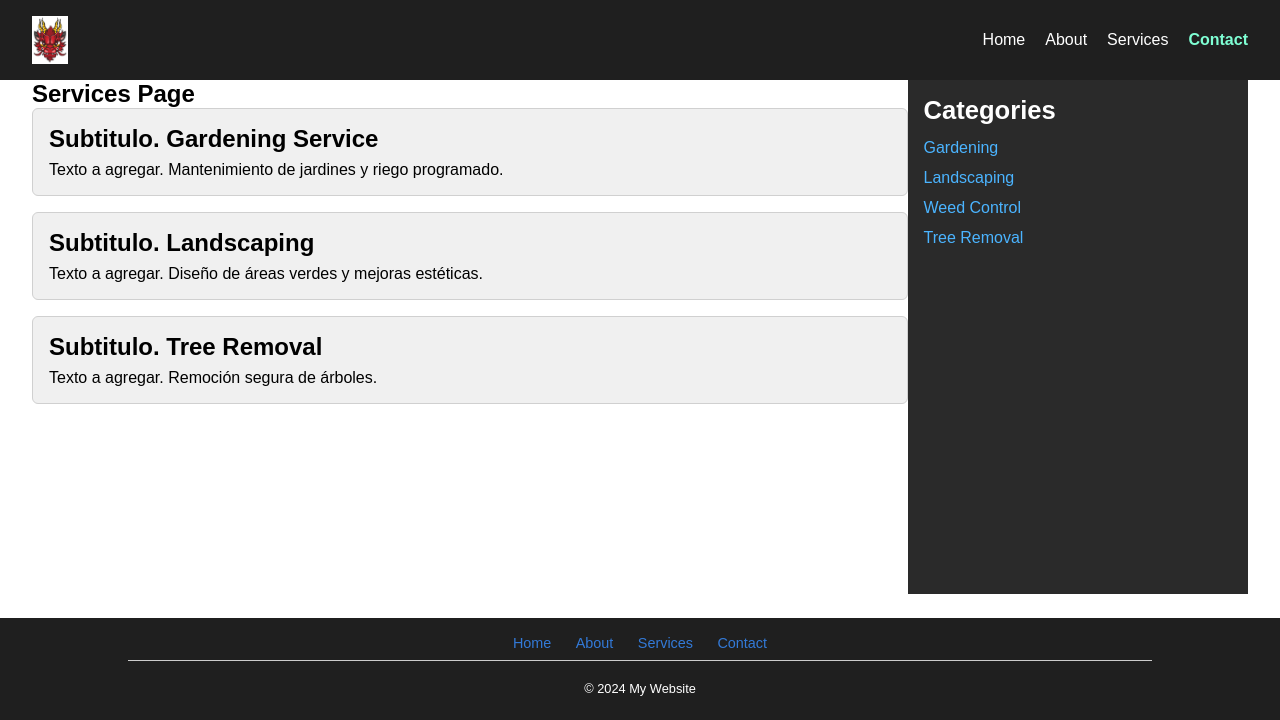
Repository: andreamm-lab/basic-navigation-example-2025-10
Page: pages/contact.html
These files come from the project's save history. The page is drawn as it stood at one moment and after the next save; the edit follows.
The browser window is 1280 px wide. The pictures show the whole page.

Above is the page before, as saved 2025-11-06 20:46:46.

After the next save:
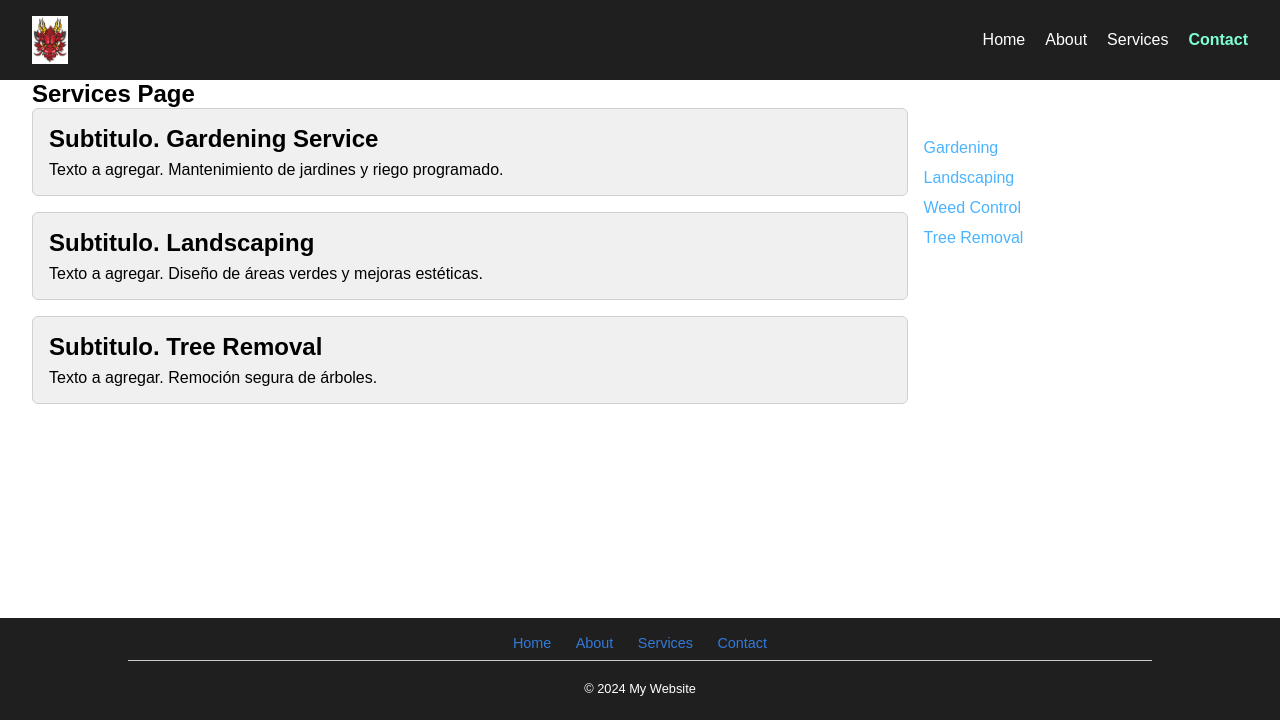
Saved 2 min 8 s later.
--- a/main.css
+++ b/main.css
@@ -1,6 +1,6 @@
 /* 1.---------------------- General ---------------------- */
 
-*  {
+* {
     Box-sizing: border-box;
     Margin: 0;
     Padding: 0;
@@ -27,8 +27,8 @@
     Min-height: 80px;
     Background-color: #1F1F1F;
     Display: flex;
-    Align-items: center;           /* centra verticalmente */
-    Justify-content: space-between; /* separa logo y menú */
+    Align-items: center;            /* centra verticalmente logo y menú */
+    Justify-content: space-between; /* separa logo a la izq y menú a la der */
 }
 
 Header nav img {
@@ -62,12 +62,12 @@
 
 Main {
     Display: block;
-    Padding: 24px 32px; /* padding general para Home */
-}
-
-/* 🔹 en la página Services (class=”page”), quitamos el padding superior */
+    Padding: 24px 32px;     /* padding general (home) */
+}
+
+/* en la página de Services (main.page) no quiero espacio arriba */
 Main.page {
-    Padding: 0 32px 24px 32px; /* top=0 para pegar al header */
+    Padding: 0 32px 24px 32px;  /* top=0, laterales 32, abajo 24 */
 }
 
 #page-title {
@@ -96,29 +96,31 @@
 
 /* Contenedor principal: contenido + aside */
 .page {
-    Display: flex;   /* coloca el contenido y aside en columnas */
-    Gap: 0;
-}
-
-/* Contenido principal */
+    Display: flex;            /* pone las dos columnas lado a lado */
+    Gap: 0;                   /* sin espacio entre contenido y aside */
+    Width: 100%;              /* que use todo el ancho */
+    Align-items: stretch;     /* 🔹 hace que ambas columnas tengan la misma altura */
+}
+
+/* Columna izquierda (contenido) */
 .main-content {
     Width: 72%;
     Vertical-align: top;
 }
 
-/* Aside Categories */
+/* Columna derecha (aside Categories) */
 .side-nav {
     Width: 28%;
-    Background-color: #2a2a2a;
+    Background-color: #2ª2a2a;
     Color: #fff;
-    Margin: 0;                /* sin espacio externo */
-    Padding: 0;               /* sin espacio interno general */
+    Margin: 0;                /* sin margen arriba, abajo ni derecha */
+    Padding: 0;               /* sin padding general */
     Border: none;             /* sin borde */
     Box-sizing: border-box;
-    Min-height: 100%;         /* ocupa todo el alto */
-}
-
-/* Título dentro del aside */
+    Flex-shrink: 0;           /* no se achica si hay poco espacio */
+}
+
+/* Título del aside */
 .side-nav h2 {
     Margin: 0;
     Padding: 16px 16px 8px;
@@ -185,7 +187,7 @@
     Font-size: 0.9rem;
 }
 
-/* Línea gris */
+/* Línea gris de separación */
 .footer-line {
     Border: none;
     Border-top: 1px solid #ccc;

After the save that followed:
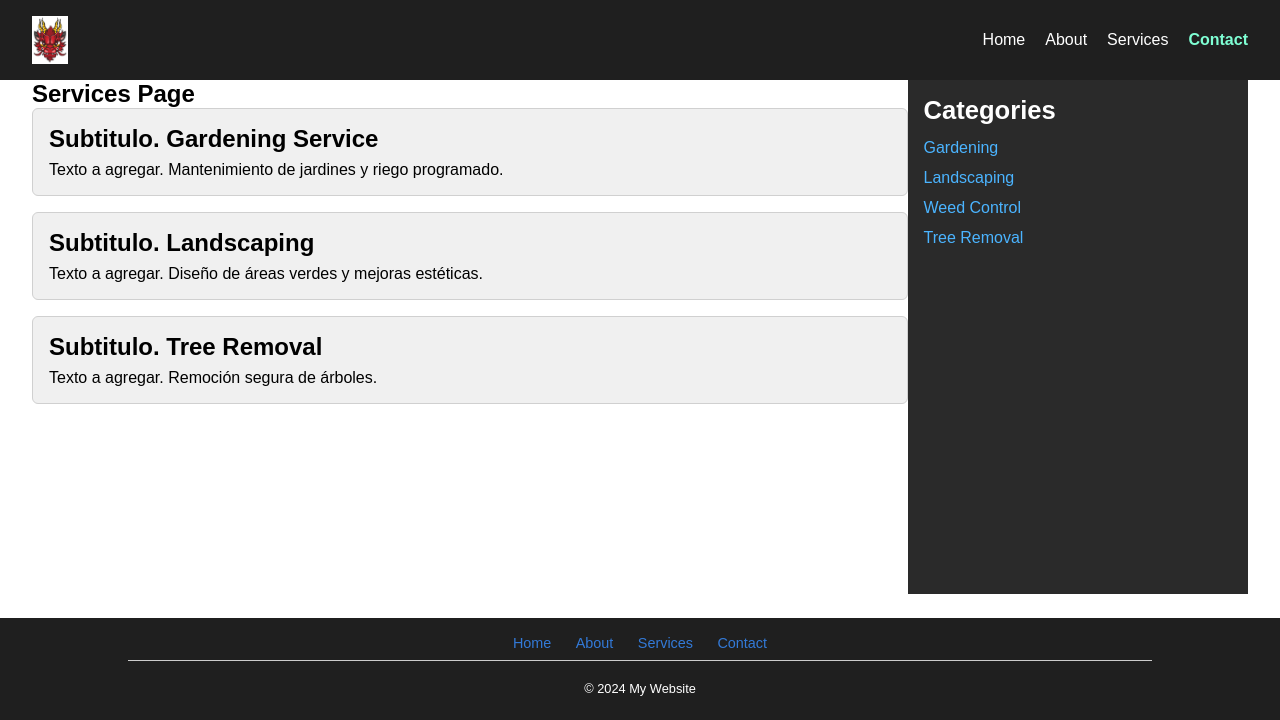
Saved 8 s later.
--- a/main.css
+++ b/main.css
@@ -1,6 +1,6 @@
 /* 1.---------------------- General ---------------------- */
 
-* {
+*  {
     Box-sizing: border-box;
     Margin: 0;
     Padding: 0;
@@ -27,8 +27,8 @@
     Min-height: 80px;
     Background-color: #1F1F1F;
     Display: flex;
-    Align-items: center;            /* centra verticalmente logo y menú */
-    Justify-content: space-between; /* separa logo a la izq y menú a la der */
+    Align-items: center;           /* centra verticalmente */
+    Justify-content: space-between; /* separa logo y menú */
 }
 
 Header nav img {
@@ -62,12 +62,12 @@
 
 Main {
     Display: block;
-    Padding: 24px 32px;     /* padding general (home) */
-}
-
-/* en la página de Services (main.page) no quiero espacio arriba */
+    Padding: 24px 32px; /* padding general para Home */
+}
+
+/* 🔹 en la página Services (class=”page”), quitamos el padding superior */
 Main.page {
-    Padding: 0 32px 24px 32px;  /* top=0, laterales 32, abajo 24 */
+    Padding: 0 32px 24px 32px; /* top=0 para pegar al header */
 }
 
 #page-title {
@@ -96,31 +96,29 @@
 
 /* Contenedor principal: contenido + aside */
 .page {
-    Display: flex;            /* pone las dos columnas lado a lado */
-    Gap: 0;                   /* sin espacio entre contenido y aside */
-    Width: 100%;              /* que use todo el ancho */
-    Align-items: stretch;     /* 🔹 hace que ambas columnas tengan la misma altura */
-}
-
-/* Columna izquierda (contenido) */
+    Display: flex;   /* coloca el contenido y aside en columnas */
+    Gap: 0;
+}
+
+/* Contenido principal */
 .main-content {
     Width: 72%;
     Vertical-align: top;
 }
 
-/* Columna derecha (aside Categories) */
+/* Aside Categories */
 .side-nav {
     Width: 28%;
-    Background-color: #2ª2a2a;
+    Background-color: #2a2a2a;
     Color: #fff;
-    Margin: 0;                /* sin margen arriba, abajo ni derecha */
-    Padding: 0;               /* sin padding general */
+    Margin: 0;                /* sin espacio externo */
+    Padding: 0;               /* sin espacio interno general */
     Border: none;             /* sin borde */
     Box-sizing: border-box;
-    Flex-shrink: 0;           /* no se achica si hay poco espacio */
-}
-
-/* Título del aside */
+    Min-height: 100%;         /* ocupa todo el alto */
+}
+
+/* Título dentro del aside */
 .side-nav h2 {
     Margin: 0;
     Padding: 16px 16px 8px;
@@ -187,7 +185,7 @@
     Font-size: 0.9rem;
 }
 
-/* Línea gris de separación */
+/* Línea gris */
 .footer-line {
     Border: none;
     Border-top: 1px solid #ccc;
